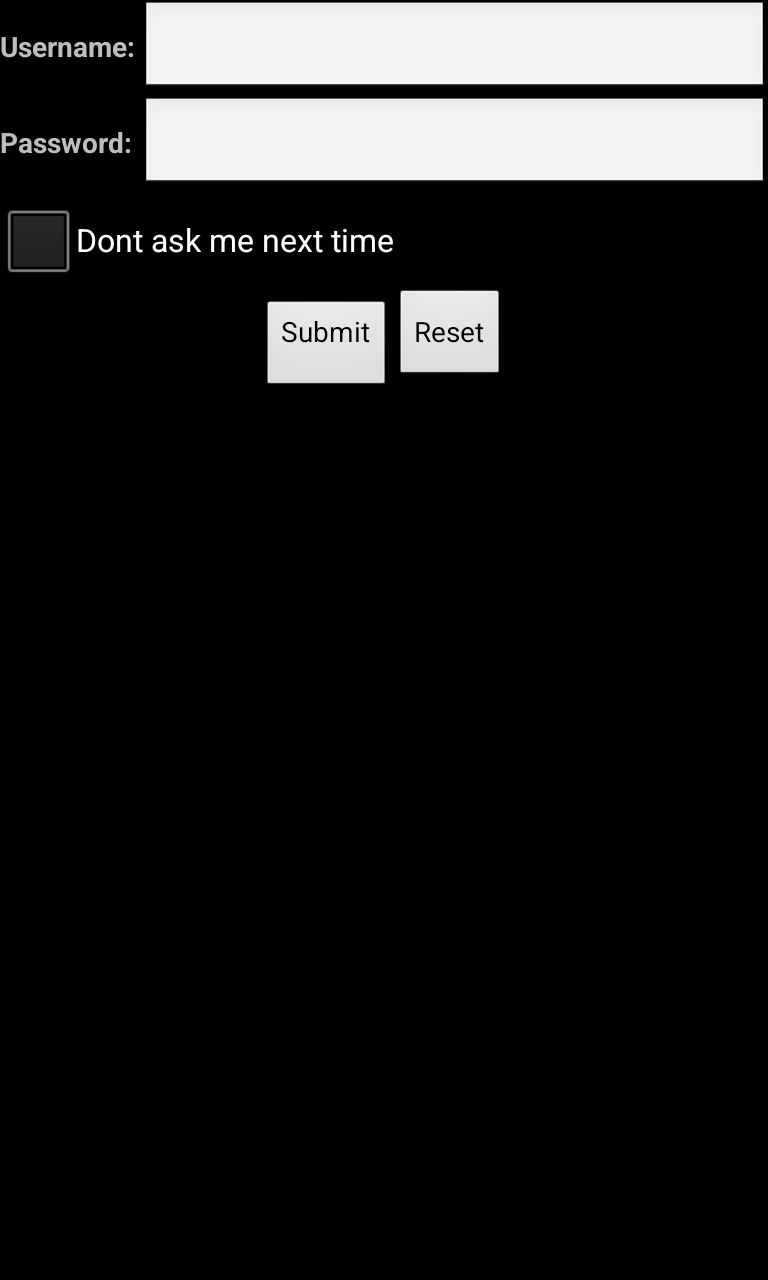
Repository: World-Three-Technologies/Masxaro-Prototype
Layout: Android/W3T/res/layout/main_login.xml
These files come from the project's save history. The layout is drawn as it stood at one moment and after the next save; the edit follows.
It is drawn on a 768 x 1280 px phone screen (xhdpi) without system bars, with theme android:Theme; the app's code is not run.

Above is the layout before, as saved 2011-06-03 08:19:14.

### Android/W3T/res/layout/main_login.xml
<?xml version="1.0" encoding="utf-8"?>
<LinearLayout xmlns:android="http://schemas.android.com/apk/res/android"
    android:layout_width="fill_parent"
    android:layout_height="fill_parent"
    android:orientation="vertical"
>
	<LinearLayout android:orientation="vertical"
		android:layout_width="fill_parent" android:layout_height="wrap_content"
	>
		<TableLayout android:layout_width="fill_parent"
		    android:layout_height="fill_parent"
		    android:stretchColumns="1"
		    android:shrinkColumns="0"
	    >
			<TableRow>
				<TextView android:text="@string/main_label_user"
					android:textStyle="bold"
					android:gravity="left"
					android:paddingRight="3dip"
				/>
				<EditText android:id="@+id/username"
		    		android:layout_height="wrap_content"
				/>
			</TableRow>

		    <TableRow>
				<TextView android:text="@string/main_label_password"
					android:textStyle="bold"
					android:gravity="left"
					android:paddingRight="3dip"
				/>
				<EditText android:id="@+id/password"
		    		android:layout_height="wrap_content"
		    		android:inputType="textPassword"
				/>
			</TableRow>
		</TableLayout>
	</LinearLayout>

    <CheckBox android:id="@+id/keep_login_box"
		android:text="@string/keep_login_label"
		android:layout_height="wrap_content" android:layout_width="fill_parent"
		android:layout_gravity="left"
	/>


	<LinearLayout android:orientation="horizontal"
		android:layout_width="fill_parent" android:layout_height="wrap_content"
		android:gravity="center_horizontal"
	>
		<Button android:text="Submit"
			android:id="@+id/submit_button"
			android:layout_height="wrap_content" android:layout_width="wrap_content"
			android:gravity="left"
		/>
	    <Button android:text="Reset"
			android:id="@+id/reset_button"
			android:layout_height="wrap_content" android:layout_width="wrap_content"
		/>
	</LinearLayout>

</LinearLayout>

### Android/W3T/res/values/strings.xml
<?xml version="1.0" encoding="utf-8"?>
<resources>
    <string name="app_name">W3T_app</string>
    <string name="main_label_user">Username:</string>
    <string name="main_label_password">Password:</string>
    <string name="main_button_submit">Submit</string>
    <string name="main_button_cancel">Cancel</string>
    <string name="user_info">User</string>
    <string name="receipt_info">Receipt</string>
    <string name="nfc">nfc_view</string>
    <string name="user_info_name_label">Name:</string>
    <string name="user_info_account_name_label">Account Name:</string>
    <string name="receipt_info_sort_label">Sort By:</string>
    <string name="receipt_info_total_label">Total:</string>
    <string name="receipt_info_store_name_label">Store Name:</string>
    <string name="receipt_info_date_label">Date:</string>
    <string name="receipt_info_id_label">Receipt ID:</string>
    <string name="receipt_info_list_label">Select a receipt:</string>
    <string name="NFC_text">NFC Communicating</string>
    <string name="keep_login_label">Dont ask me next time</string>
    <string name="configuration">Settings</string>
</resources>

After the next save:
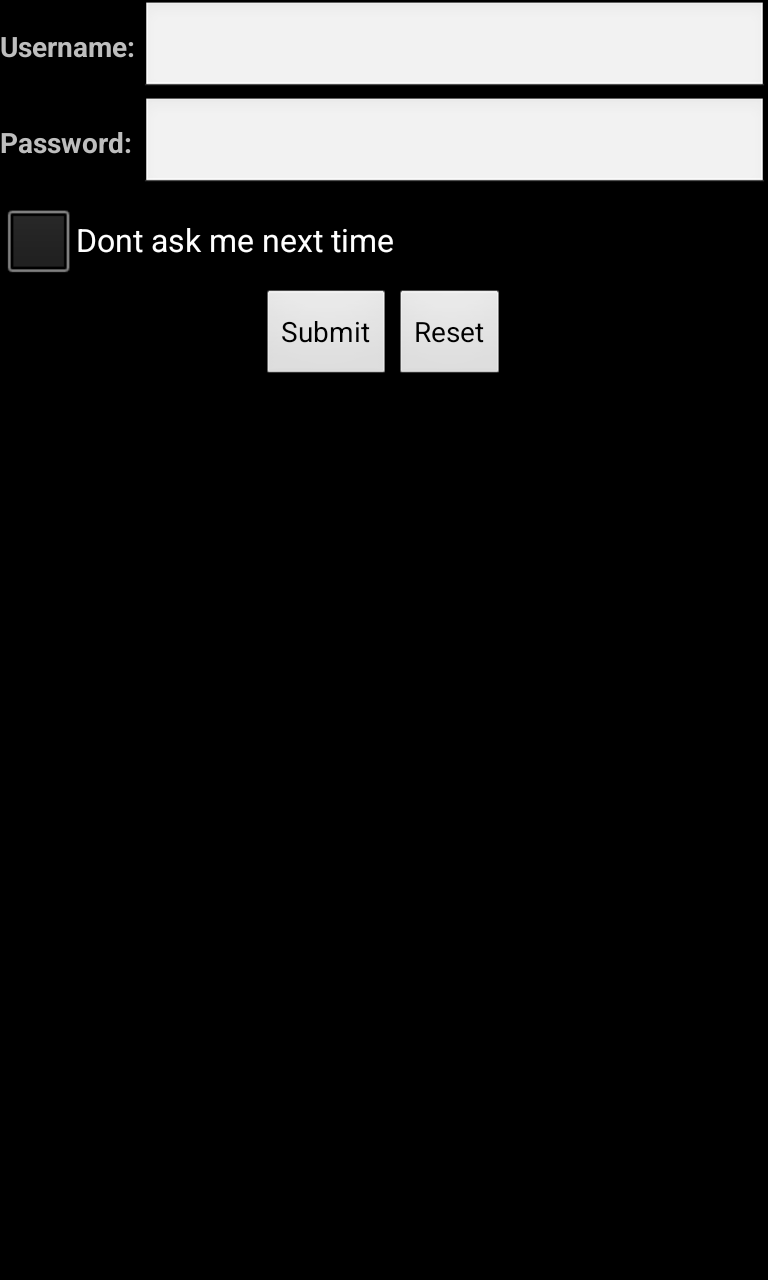
Saved 9 s later.
--- a/Android/W3T/res/layout/main_login.xml
+++ b/Android/W3T/res/layout/main_login.xml
@@ -51,7 +51,7 @@
 		<Button android:text="Submit"
 			android:id="@+id/submit_button"
 			android:layout_height="wrap_content" android:layout_width="wrap_content"
-			android:gravity="left"
+			android:layout_gravity="left"
 		/>
 	    <Button android:text="Reset"
 			android:id="@+id/reset_button"
